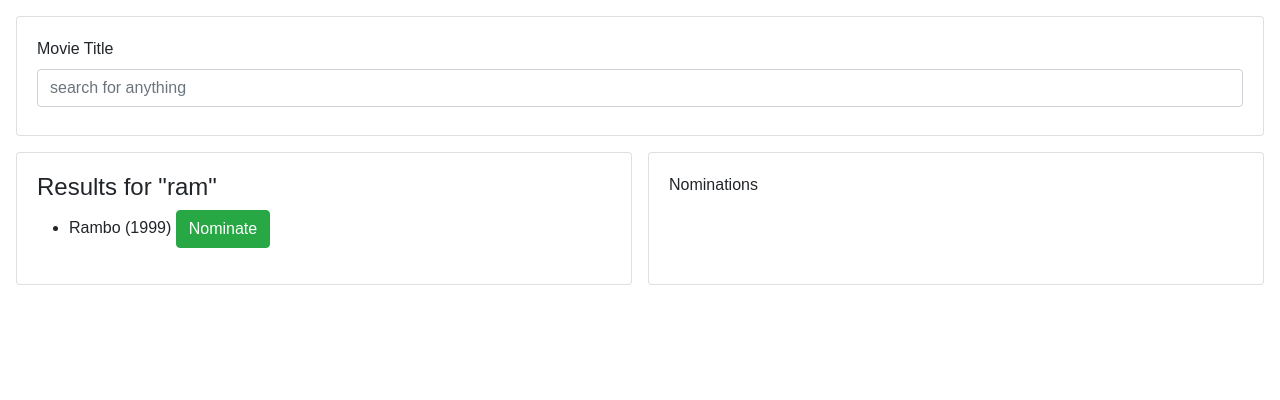
Repository: akinsikuoluwafemi/shoppies-movie-collection
Page: /
These files come from the project's save history. The page is drawn as it stood at one moment and after the next save; the edit follows.
The browser window is 1280 px wide. The pictures show the whole page.
The project was rebuilt for these pictures with package versions that can differ from the ones it lists, and the page was loaded fresh each time. Also part of the build but not shown: src/App.css.

Above is the page before, as saved 2021-01-10 09:12:25.

After the next save:
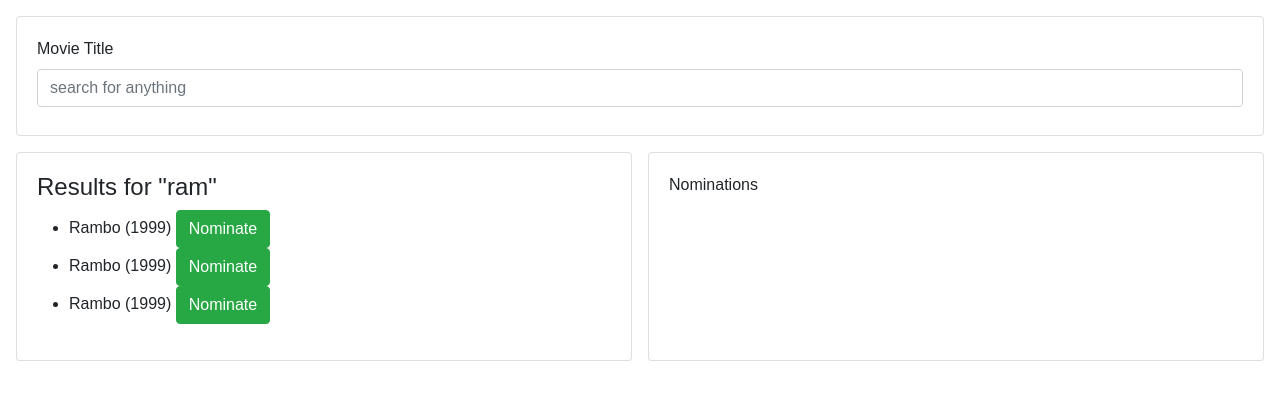
Saved 47 s later.
--- a/src/components/SearchResults.js
+++ b/src/components/SearchResults.js
@@ -5,11 +5,19 @@ import '../Pages/Home.css';
 
 export default function SearchResults() {
     return (
-        <CardWrapper>
-            <h4>Results for "ram"</h4>
-            <ul className="list">
-                <li className="list-item" >Rambo (1999) <button className="btn btn-success" >Nominate</button></li>
-            </ul>
+      <CardWrapper>
+        <h4>Results for "ram"</h4>
+        <ul className="list">
+          <li className="list-item">
+            Rambo (1999) <button className="btn btn-success">Nominate</button>
+          </li>
+          <li className="list-item">
+            Rambo (1999) <button className="btn btn-success">Nominate</button>
+            <li className="list-item">
+              Rambo (1999) <button className="btn btn-success">Nominate</button>
+            </li>
+          </li>
+        </ul>
       </CardWrapper>
     );
 }
